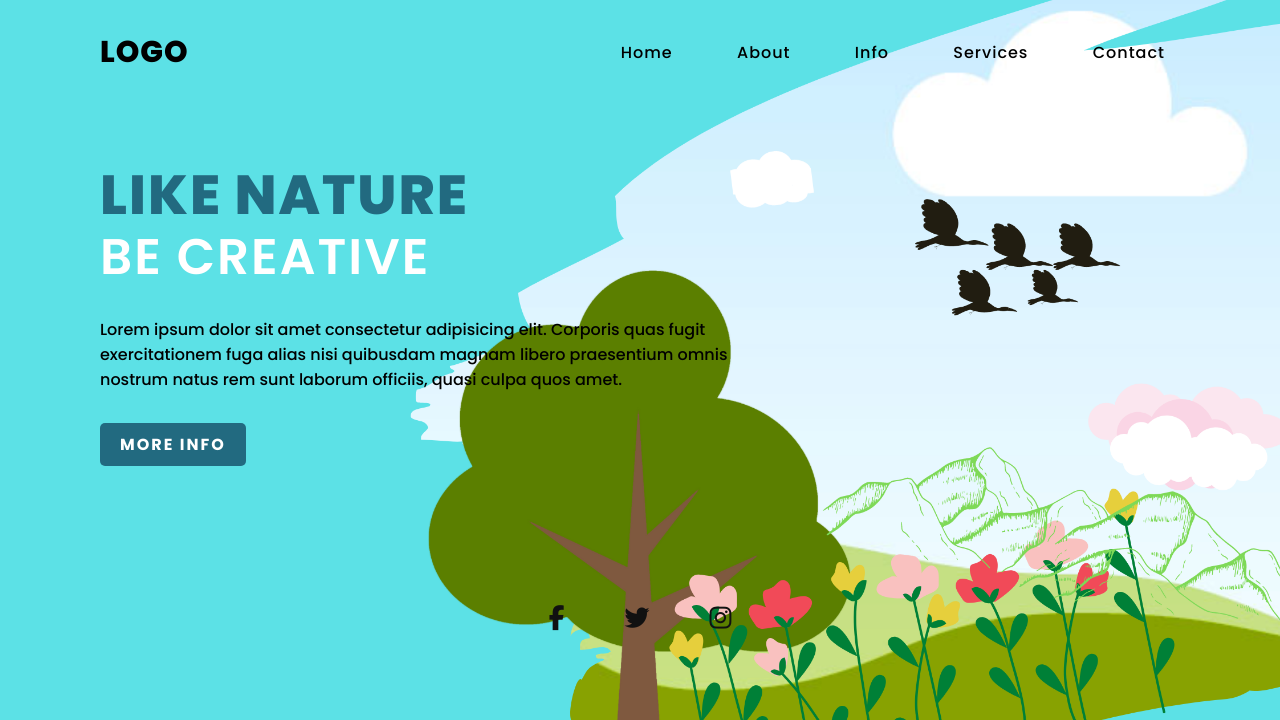
Repository: nganha241/CreativeNature
Page: index.html
The author's editor kept a copy of each file at every save. The page is drawn from the files as they stood at one save, then again after the next save.
The browser window is 1280 px wide. The pictures show the whole page.
Some web libraries are served in a nearby version.

Above is the page before, as saved 2022-06-18 09:03:39.

### index.html
<!DOCTYPE html>
<html lang="en">
  <head>
    <meta charset="UTF-8" />
    <meta http-equiv="X-UA-Compatible" content="IE=edge" />
    <meta name="viewport" content="width=device-width, initial-scale=1.0" />
    <title>Creative Nature</title>
    <link rel="stylesheet" href="style.css" />
    <script
      src="https://kit.fontawesome.com/ae971d7ee0.js"
      crossorigin="anonymous"
    ></script>
  </head>
  <body>
    <section>
      <header>
        <h2><a href="#" class="logo">Logo</a></h2>
        <div class="navigation">
          <a href="#">Home</a>
          <a href="#">About</a>
          <a href="#">Info</a>
          <a href="#">Services</a>
          <a href="#">Contact</a>
        </div>
      </header>
      <div class="content">
        <div class="info">
          <h2>Like Nature <br /><span>Be Creative</span></h2>
          <p>
            Lorem ipsum dolor sit amet consectetur adipisicing elit. Corporis
            quas fugit exercitationem fuga alias nisi quibusdam magnam libero
            praesentium omnis nostrum natus rem sunt laborum officiis, quasi
            culpa quos amet.
          </p>
          <a href="#" class="info-btn">More Info</a>
        </div>
      </div>
      <div class="media-icons">
        <a href="#"><i class="fa fa-facebook"></i></a>
        <a href="#"><i class="fa fa-twitter"></i></a>
        <a href="#"><i class="fa fa-instagram" aria-hidden="true"></i></a>
      </div>
    </section>
  </body>
</html>

### style.css
@import url('https://fonts.googleapis.com/css2?family=Poppins:wght@300;400;500;600;700;800;900&display=swap');

* {
    box-sizing: border-box;
    padding: 0;
    margin: 0;
    font-family: 'Poppins', sans-serif;
}

a {
    text-decoration: none;
}

section {
    position: relative;
    width: 100%;
    min-height: 100vh;
    display: flex;
    flex-direction: column;
    justify-content: flex-start;
    background: url("./bg.png");
    background-size: cover;
    background-position: center;
}

header {
    position: relative;
    top: 0;
    width: 100%;
    padding: 30px 100px;
    display: flex;
    justify-content: space-between;
    align-items: center;
}

header .logo {
    position: relative;
    color: #000;
    font-size: 30px;
    text-transform: uppercase;
    font-weight: 800;
    letter-spacing: 1px;
}

header .navigation a{
    color: #000;
    background: none;
    font-weight: 500;
    letter-spacing: 1px;
    padding: 2px 15px;
    border-radius: 20px;
    transition: 0.3ms;
    transition-property: background;
}

header .navigation a:not(:last-child) {
    margin-right: 30px;
}

header .navigation a:hover {
    background: #7EC1FC;
}

.content {
    max-width: 650px;
    margin: 60px 100px;
}

.content .info h2 {
    color: #226a80;
    font-size: 55px;
    text-transform: uppercase;
    font-weight: 800;
    letter-spacing: 2px;
    line-height: 60px;
    margin-bottom: 30px;
}

.content .info h2 span {
    color: #fff;
    font-size: 50px;
    font-weight: 600;
}

.content .info p {
    font-size: 16px;
    font-weight: 500;
    margin-bottom: 40px;
}

.content .info-btn {
    color: #fff;
    background: #226a80;
    text-transform: uppercase;
    font-weight: 700;
    letter-spacing: 2px;
    padding: 10px 20px;
    border-radius: 5px;
    transition: 0.3s;
    transition-property: background;
}

.content .info-btn:hover {
    background: #0c4f60;
}

.media-icons {
    display: flex;
    justify-content: center;
    align-items: center;
    margin: auto;
}

.media-icons a {
    position: relative;
    color: #111;
    font-size: 25px;
    transition: 0.3s;
    transition-property: transform;
}

.media-icons a:not(:last-child) {
    margin-right: 60px;
}

.media-icons a:hover {
    transform: scale(1.5);
}

After the next save:
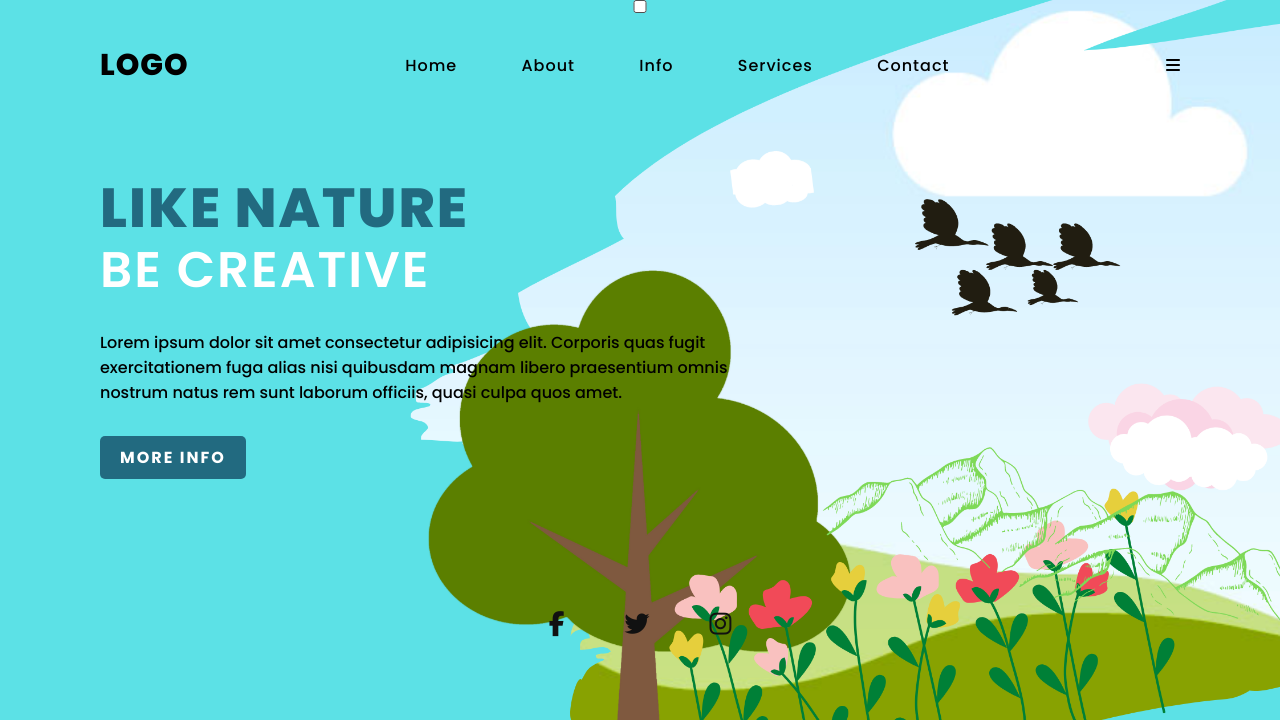
Saved 2 min 11 s later.
--- a/index.html
+++ b/index.html
@@ -13,6 +13,7 @@
   </head>
   <body>
     <section>
+      <input type="checkbox" id="check" />
       <header>
         <h2><a href="#" class="logo">Logo</a></h2>
         <div class="navigation">
@@ -22,6 +23,9 @@
           <a href="#">Services</a>
           <a href="#">Contact</a>
         </div>
+        <label for="">
+          <i class="fas fa-bars menu-btn"></i>
+        </label>
       </header>
       <div class="content">
         <div class="info">
